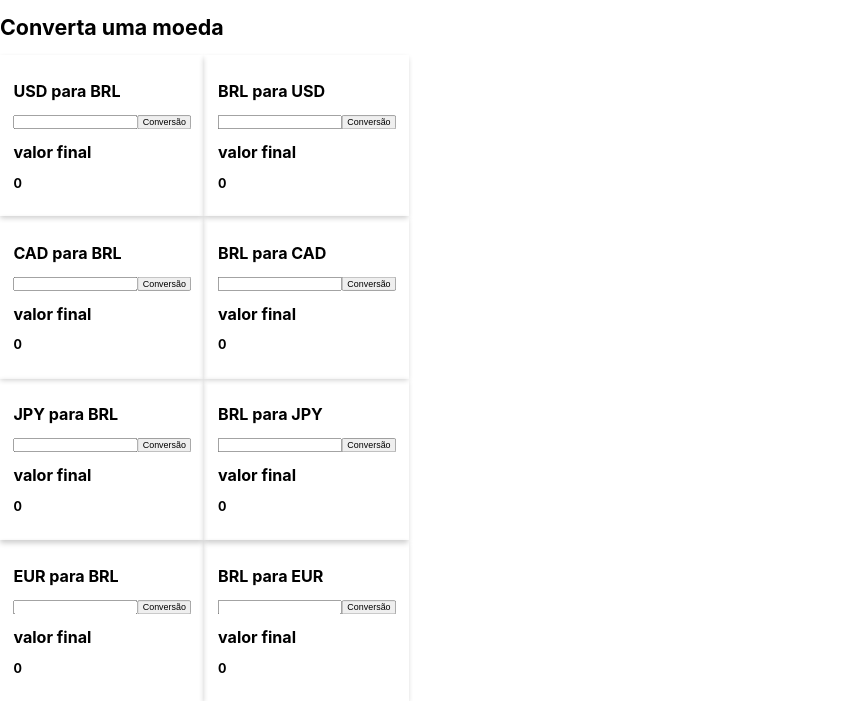
Repository: DeanLemosXD/Currency-converter
Page: /
These files come from the project's save history. The page is drawn as it stood at one moment and after the next save; the edit follows.
The browser window is 1280 px wide. The pictures show the whole page, at 67% of full size.
The project was rebuilt for these pictures with package versions that can differ from the ones it lists, and the page was loaded fresh each time.

Above is the page before, as saved 2021-10-19 18:16:49.

### src/App.js
import './App.css';
import Conversor from './components/Conversor';

function App() {
  return (
    <div className="App">
      <h1>Converta uma moeda</h1>
      <div className="linha">
      <Conversor moedaA="USD" moedaB="BRL"></Conversor>
      <Conversor moedaA="BRL" moedaB="USD"></Conversor>
      </div>
      <div className="linha">
      <Conversor moedaA="CAD" moedaB="BRL"></Conversor>
      <Conversor moedaA="BRL" moedaB="CAD"></Conversor>
      </div>
      <div className="linha">
      <Conversor moedaA="JPY" moedaB="BRL"></Conversor>
      <Conversor moedaA="BRL" moedaB="JPY"></Conversor>
      </div>
      <div className="linha">
      <Conversor moedaA="EUR" moedaB="BRL"></Conversor>
      <Conversor moedaA="BRL" moedaB="EUR"></Conversor>
      </div>
    </div>
  );
}

export default App;

### src/App.css
.linha{
    display: flex;

}

### src/components/Conversor.js
import React, { Component } from 'react'
import './conversor.css'
export default class Conversor extends Component {

    // eslint-disable-next-line no-useless-constructor
    constructor(props){
        super(props);

        this.state = {
            moedaA_Valor:"",
            moedaB_Valor:0,

        }

        this.converter = this.converter.bind(this)
    }

    converter(){

        let de_para = `${this.props.moedaA}_${this.props.moedaB}`;
        let url = `http://free.currconv.com/api/v7/convert?q=${de_para}&compact=ultra&apiKey=0d7e32903cad9cf7460c`
        //console.log(url)
        fetch(url).then(res=>{
            return res.json()
        })
        .then(json=>{

            let cotacao = json[de_para];
            let moedaB_Valor = (parseFloat(this.state.moedaA_Valor) * cotacao).toFixed(2)
            this.setState({moedaB_Valor})
        })
    }
    render(){
        return (
            <div className="conversor">
                <h2>{this.props.moedaA} para {this.props.moedaB}</h2>
                <input type="text" onChange={(event)=>{this.setState({moedaA_Valor:event.target.value})}}></input>
                <input type="button" value="Conversão" onClick={this.converter}></input>
                <h2>valor final</h2>
                <h3>{this.state.moedaB_Valor}</h3>
            </div>
        )
    }
}

### src/components/conversor.css
.conversor{
        padding: 20px;
        max-width: 300px;
        box-shadow: 0 4px 8px 0 rgba(0, 0, 0, 0.2);
}

Loaded but not shown: public/index.html (common file); src/index.js (common file); src/index.css (common file); src/reportWebVitals.js (common file)

After the next save:
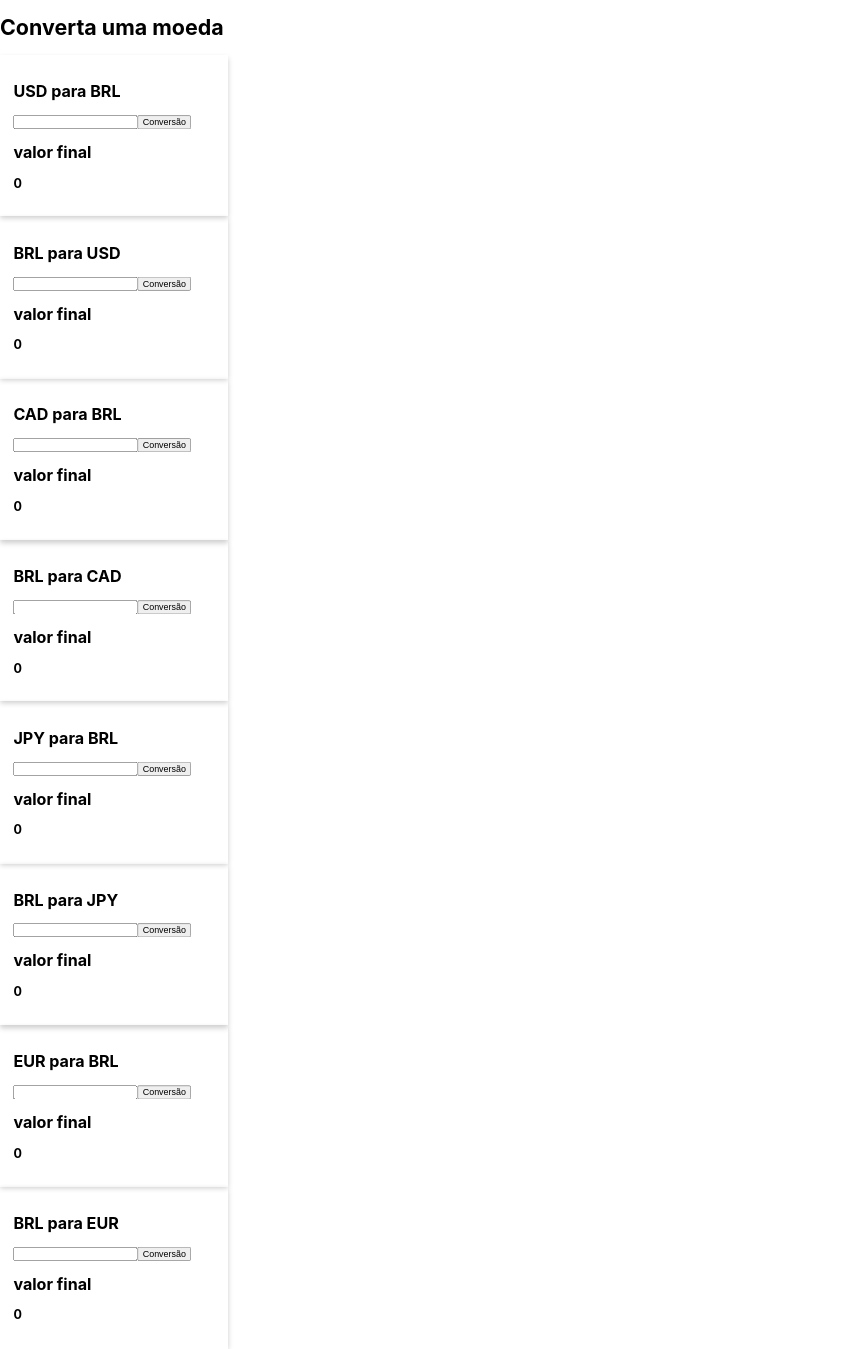
Saved 19 s later.
--- a/src/App.css
+++ b/src/App.css
@@ -1,4 +1,4 @@
 .linha{
-    display: flex;
+    display:flow-root
 
 }

After the 5 saves that followed:
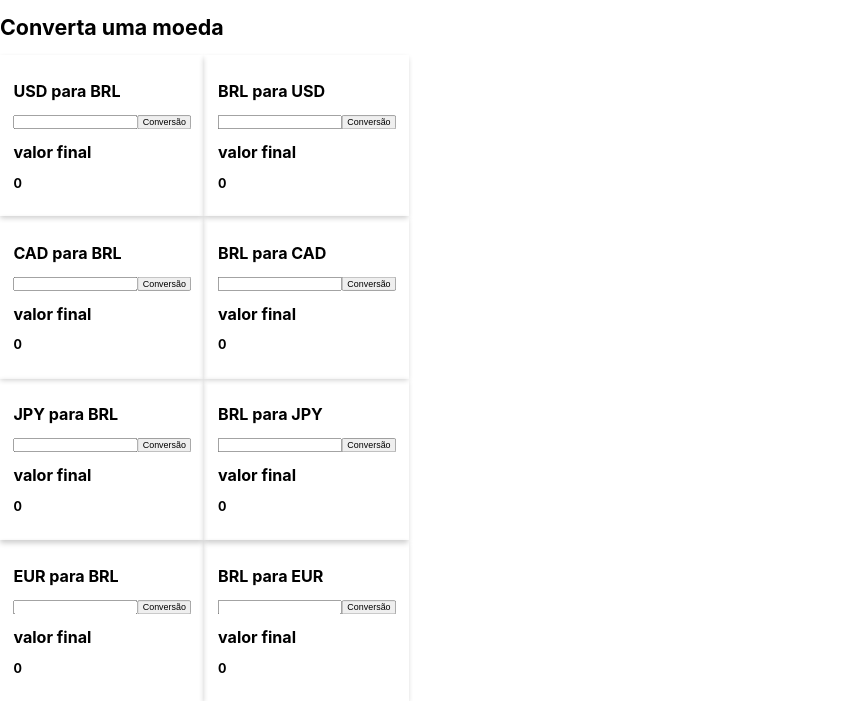
The 5 saves are shown as one change because 2 left the picture as it was and some came seconds apart.
The last was saved 25 s later.
--- a/src/App.css
+++ b/src/App.css
@@ -1,4 +1,4 @@
 .linha{
-    display:flow-root
+    display:flex;
 
 }
